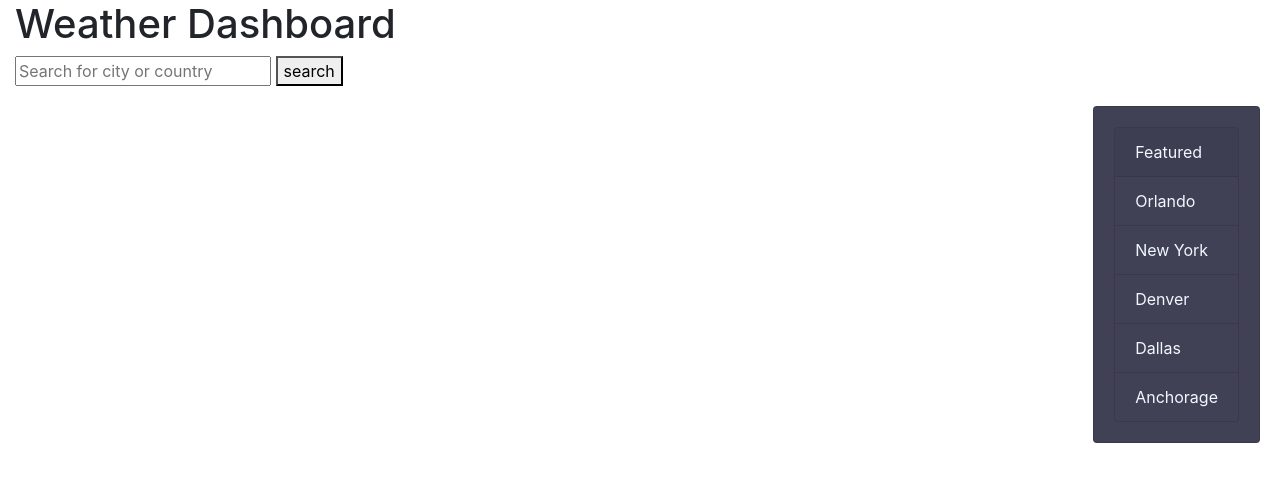
Repository: cobalt88/weather-forecast-app
Page: index.html
These files come from the project's save history. The page is drawn as it stood at one moment and after the next save; the edit follows.
The browser window is 1280 px wide. The pictures show the whole page.
Some web libraries are served in a nearby version.

Above is the page before, as saved 2022-05-21 16:49:39.

After the next save:
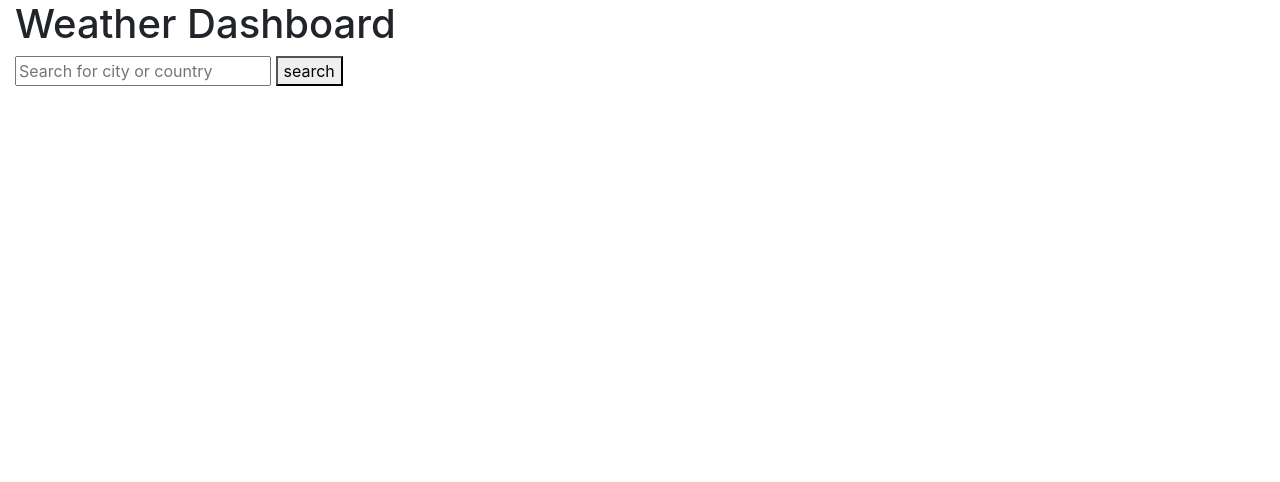
Console error: TypeError: Cannot set properties of null (setting 'innerHTML')
Saved 57 s later.
--- a/index.html
+++ b/index.html
@@ -36,9 +36,7 @@
       <button type="button" id="search-button">search</button>
     </div>
     <div id="current-day" class="cardContainer">
-      <div class="card" id="history">
 
-      </div>
     </div>
     <div id="5-day-container" class="cardContainer">
     </div>

After the save that followed:
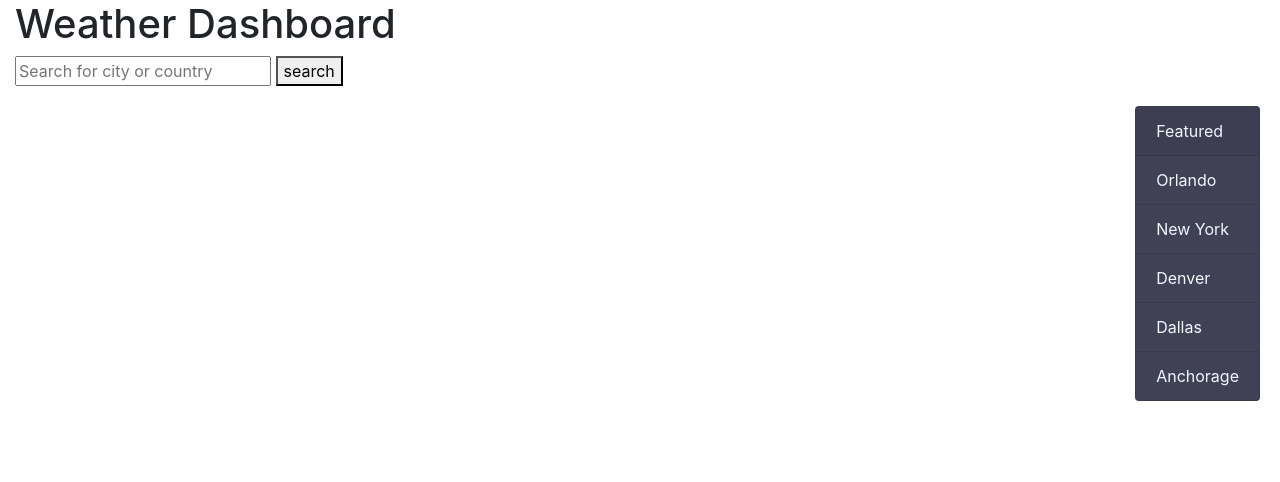
The error is gone.
Saved 36 s later.
--- a/index.html
+++ b/index.html
@@ -36,6 +36,9 @@
       <button type="button" id="search-button">search</button>
     </div>
     <div id="current-day" class="cardContainer">
+      <div id="history">
+
+      </div>
 
     </div>
     <div id="5-day-container" class="cardContainer">
